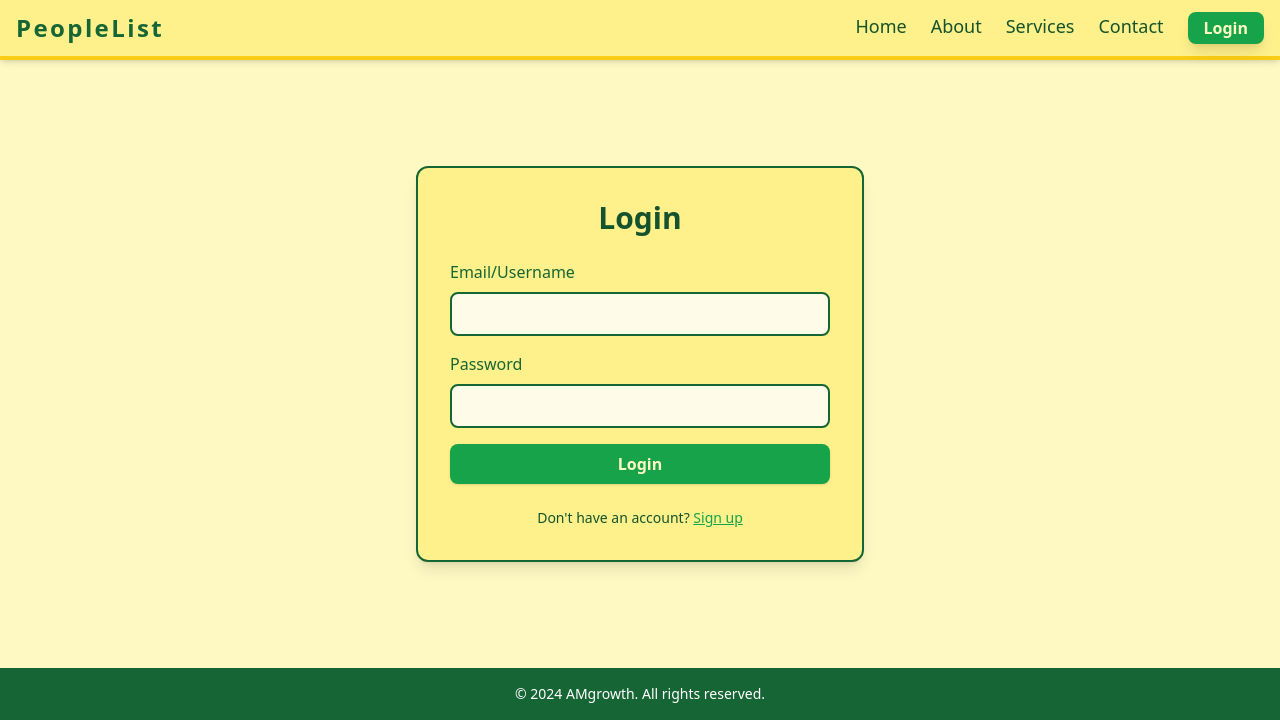
Repository: ArievfRahman-Dev/Mini-Project-II
Page: /login (app in miniproject2/)
These files come from the project's save history. The page is drawn as it stood at one moment and after the next save; the edit follows.
The browser window is 1280 px wide. The pictures show the whole page.
The project was rebuilt for these pictures with package versions that can differ from the ones it lists, and the page was loaded fresh each time. Also part of the build but not shown: miniproject2/vite.config.js, miniproject2/src/pages/HomePage/index.jsx, miniproject2/src/pages/DetailUser/index.jsx, miniproject2/src/pages/RegisterPages/index.jsx, miniproject2/src/routes/ProtectedRoute.jsx.

Above is the page before, as saved 2024-12-23 14:50:07.

After the next save:
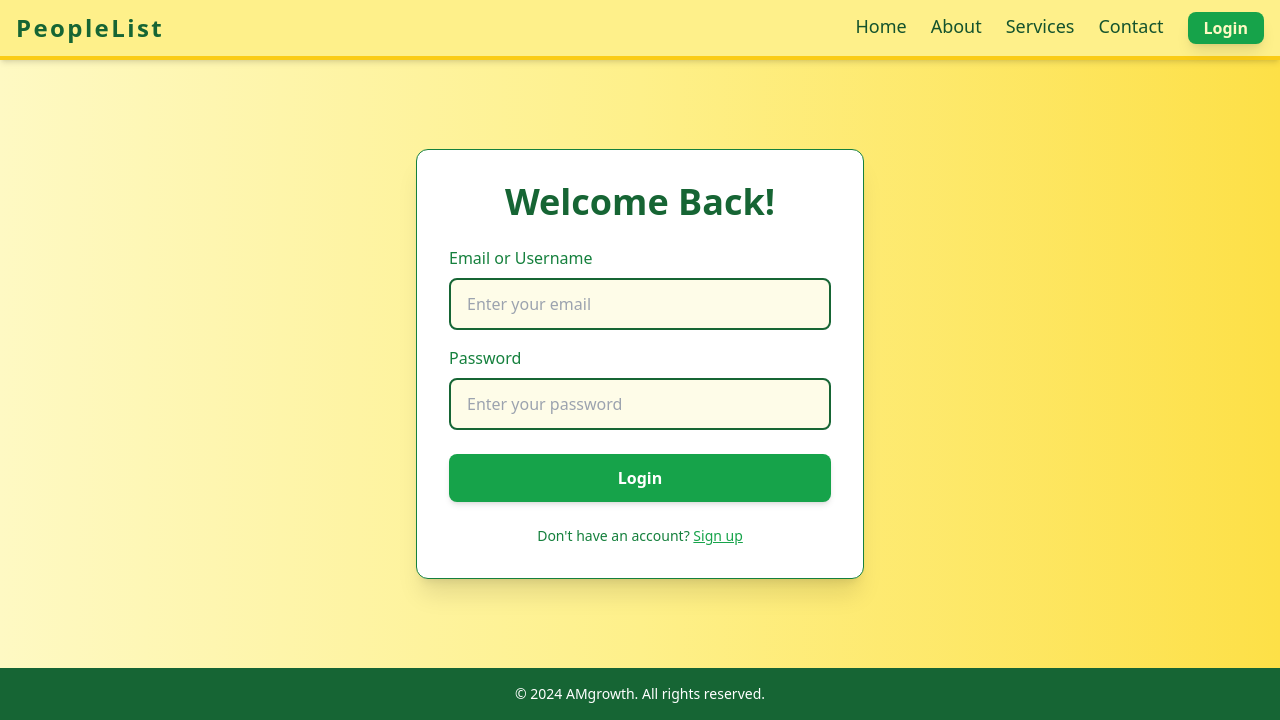
Saved 76 s later.
--- a/miniproject2/src/pages/LoginPage/index.jsx
+++ b/miniproject2/src/pages/LoginPage/index.jsx
@@ -4,6 +4,7 @@
 import { Navbar } from "../../components/Navbar";
 import { Footer } from "../../components/Footer";
 import { Link } from "react-router-dom";
+
 export const LoginPage = () => {
   const [form, setForm] = useState({
     email: "",
@@ -33,42 +34,41 @@
       setTimeout(() => {
         navigate("/");
       }, 2000);
-      console.log(res);
     } catch (error) {
-      console.log(error.response);
-      setError(error.response.data.error);
+      setError(error.response?.data?.error || "An error occurred.");
     } finally {
       setLoading(false);
     }
   };
 
   return (
-    <div className="flex flex-col min-h-screen bg-yellow-100">
+    <div className="flex flex-col min-h-screen bg-gradient-to-r from-yellow-100 via-yellow-200 to-yellow-300">
       <Navbar />
-      <div className="flex items-center justify-center flex-1 p-4">
-        <div className="w-full max-w-md p-8 bg-yellow-200 border-2 border-green-800 shadow-lg rounded-xl">
-          <h1 className="mb-6 text-3xl font-bold text-center text-green-900 retro-font">
-            Login
+      <div className="flex items-center justify-center flex-1 p-6">
+        <div className="w-full max-w-md p-8 bg-white border border-green-700 shadow-xl rounded-xl">
+          <h1 className="mb-6 text-4xl font-semibold text-center text-green-800">
+            Welcome Back!
           </h1>
           <form>
             <div className="mb-4">
               <label
                 htmlFor="email"
-                className="block mb-2 font-medium text-green-800 retro-font"
+                className="block mb-2 font-medium text-green-700"
               >
-                Email/Username
+                Email or Username
               </label>
               <input
                 type="email"
                 name="email"
                 onChange={handleChange}
-                className="w-full px-4 py-2 text-green-900 border-2 border-green-800 rounded-lg focus:outline-none focus:ring-2 focus:ring-yellow-400 bg-yellow-50"
+                placeholder="Enter your email"
+                className="w-full px-4 py-3 text-green-900 border-2 border-green-800 rounded-lg focus:outline-none focus:ring-2 focus:ring-green-400 bg-yellow-50"
               />
             </div>
-            <div className="mb-4">
+            <div className="mb-6">
               <label
                 htmlFor="password"
-                className="block mb-2 font-medium text-green-800 retro-font"
+                className="block mb-2 font-medium text-green-700"
               >
                 Password
               </label>
@@ -76,7 +76,8 @@
                 type="password"
                 name="password"
                 onChange={handleChange}
-                className="w-full px-4 py-2 text-green-900 border-2 border-green-800 rounded-lg focus:outline-none focus:ring-2 focus:ring-yellow-400 bg-yellow-50"
+                placeholder="Enter your password"
+                className="w-full px-4 py-3 text-green-900 border-2 border-green-800 rounded-lg focus:outline-none focus:ring-2 focus:ring-green-400 bg-yellow-50"
               />
             </div>
             {error && <p className="mb-4 text-sm text-red-500">{error}</p>}
@@ -86,21 +87,21 @@
             <button
               disabled={loading}
               onClick={handleLogin}
-              className={`w-full px-4 py-2 font-semibold text-yellow-100 rounded-lg shadow retro-font ${
+              className={`w-full px-4 py-3 font-semibold text-white rounded-lg shadow-md transition-colors duration-300 ${
                 loading
                   ? "bg-yellow-400 cursor-not-allowed"
                   : "bg-green-600 hover:bg-green-800"
-              } focus:outline-none focus:ring-2 focus:ring-green-400 focus:ring-offset-1`}
+              } focus:outline-none focus:ring-2 focus:ring-green-400`}
               type="submit"
             >
-              {loading ? "Loading..." : "Login"}
+              {loading ? "Logging in..." : "Login"}
             </button>
           </form>
-          <p className="mt-6 text-sm text-center text-green-900">
+          <p className="mt-6 text-sm text-center text-green-700">
             Don't have an account?{" "}
             <Link
               to={`/regist`}
-              className="text-green-600 underline hover:text-green-800 retro-font"
+              className="text-green-600 underline hover:text-green-800"
             >
               Sign up
             </Link>

After the save that followed:
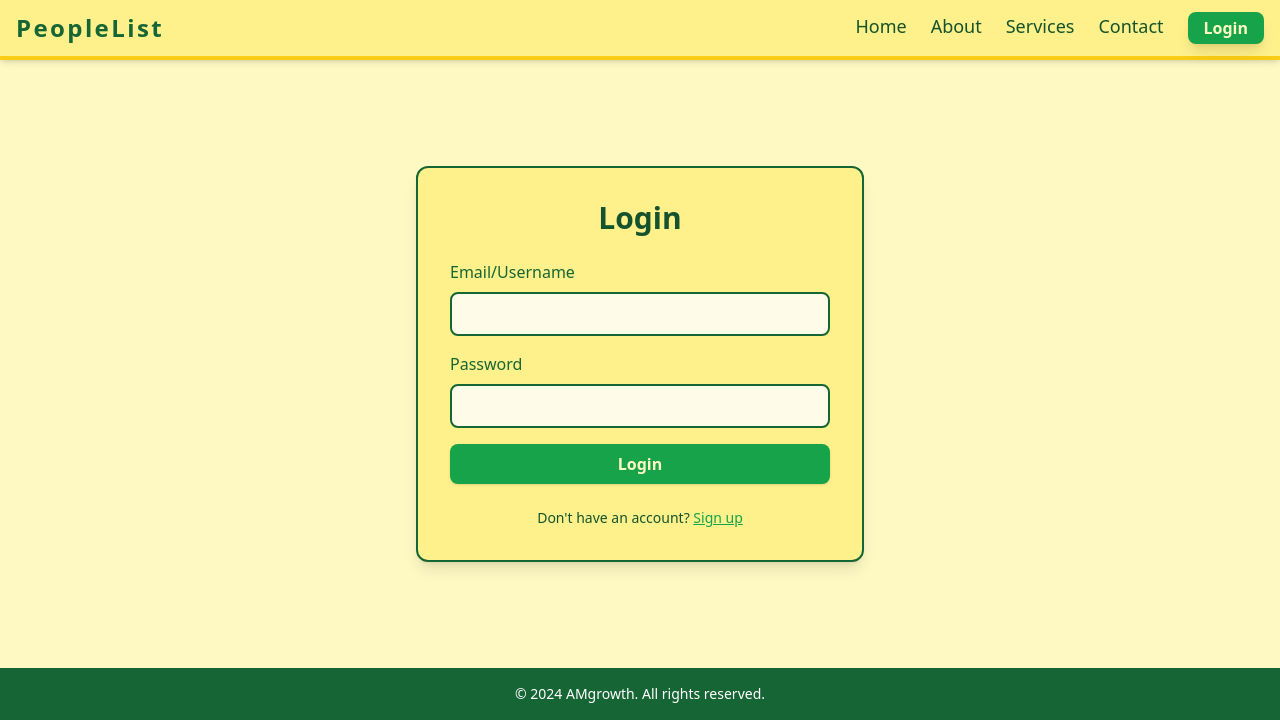
Saved 37 s later.
--- a/miniproject2/src/pages/LoginPage/index.jsx
+++ b/miniproject2/src/pages/LoginPage/index.jsx
@@ -4,7 +4,6 @@
 import { Navbar } from "../../components/Navbar";
 import { Footer } from "../../components/Footer";
 import { Link } from "react-router-dom";
-
 export const LoginPage = () => {
   const [form, setForm] = useState({
     email: "",
@@ -34,41 +33,42 @@
       setTimeout(() => {
         navigate("/");
       }, 2000);
+      console.log(res);
     } catch (error) {
-      setError(error.response?.data?.error || "An error occurred.");
+      console.log(error.response);
+      setError(error.response.data.error);
     } finally {
       setLoading(false);
     }
   };
 
   return (
-    <div className="flex flex-col min-h-screen bg-gradient-to-r from-yellow-100 via-yellow-200 to-yellow-300">
+    <div className="flex flex-col min-h-screen bg-yellow-100">
       <Navbar />
-      <div className="flex items-center justify-center flex-1 p-6">
-        <div className="w-full max-w-md p-8 bg-white border border-green-700 shadow-xl rounded-xl">
-          <h1 className="mb-6 text-4xl font-semibold text-center text-green-800">
-            Welcome Back!
+      <div className="flex items-center justify-center flex-1 p-4">
+        <div className="w-full max-w-md p-8 bg-yellow-200 border-2 border-green-800 shadow-lg rounded-xl">
+          <h1 className="mb-6 text-3xl font-bold text-center text-green-900 retro-font">
+            Login
           </h1>
           <form>
             <div className="mb-4">
               <label
                 htmlFor="email"
-                className="block mb-2 font-medium text-green-700"
+                className="block mb-2 font-medium text-green-800 retro-font"
               >
-                Email or Username
+                Email/Username
               </label>
               <input
                 type="email"
                 name="email"
                 onChange={handleChange}
-                placeholder="Enter your email"
-                className="w-full px-4 py-3 text-green-900 border-2 border-green-800 rounded-lg focus:outline-none focus:ring-2 focus:ring-green-400 bg-yellow-50"
+                className="w-full px-4 py-2 text-green-900 border-2 border-green-800 rounded-lg focus:outline-none focus:ring-2 focus:ring-yellow-400 bg-yellow-50"
               />
             </div>
-            <div className="mb-6">
+            <div className="mb-4">
               <label
                 htmlFor="password"
-                className="block mb-2 font-medium text-green-700"
+                className="block mb-2 font-medium text-green-800 retro-font"
               >
                 Password
               </label>
@@ -76,8 +76,7 @@
                 type="password"
                 name="password"
                 onChange={handleChange}
-                placeholder="Enter your password"
-                className="w-full px-4 py-3 text-green-900 border-2 border-green-800 rounded-lg focus:outline-none focus:ring-2 focus:ring-green-400 bg-yellow-50"
+                className="w-full px-4 py-2 text-green-900 border-2 border-green-800 rounded-lg focus:outline-none focus:ring-2 focus:ring-yellow-400 bg-yellow-50"
               />
             </div>
             {error && <p className="mb-4 text-sm text-red-500">{error}</p>}
@@ -87,21 +86,21 @@
             <button
               disabled={loading}
               onClick={handleLogin}
-              className={`w-full px-4 py-3 font-semibold text-white rounded-lg shadow-md transition-colors duration-300 ${
+              className={`w-full px-4 py-2 font-semibold text-yellow-100 rounded-lg shadow retro-font ${
                 loading
                   ? "bg-yellow-400 cursor-not-allowed"
                   : "bg-green-600 hover:bg-green-800"
-              } focus:outline-none focus:ring-2 focus:ring-green-400`}
+              } focus:outline-none focus:ring-2 focus:ring-green-400 focus:ring-offset-1`}
               type="submit"
             >
-              {loading ? "Logging in..." : "Login"}
+              {loading ? "Loading..." : "Login"}
             </button>
           </form>
-          <p className="mt-6 text-sm text-center text-green-700">
+          <p className="mt-6 text-sm text-center text-green-900">
             Don't have an account?{" "}
             <Link
               to={`/regist`}
-              className="text-green-600 underline hover:text-green-800"
+              className="text-green-600 underline hover:text-green-800 retro-font"
             >
               Sign up
             </Link>
